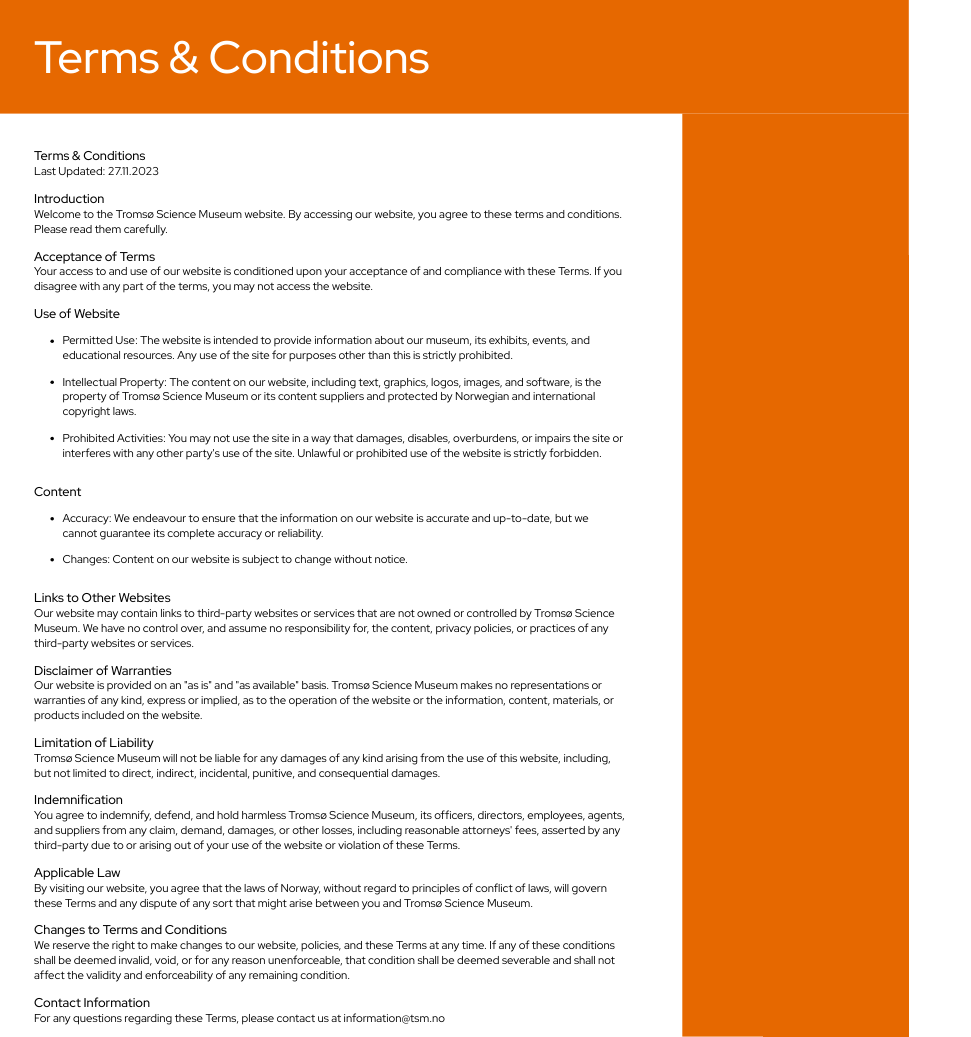
Repository: benjaminskarding/Semester-Project
Page: terms_conditions.html
These files come from the project's save history. The page is drawn as it stood at one moment and after the next save; the edit follows.
The browser window is 1280 px wide. The page is 1280 px wide, then 1367 px, so the pictures cover 1367 px, including what lies to the right of the window. The pictures show the whole page, at 71% of full size.

Above is the page before, as saved 2023-11-29 15:53:08.

After the next save:
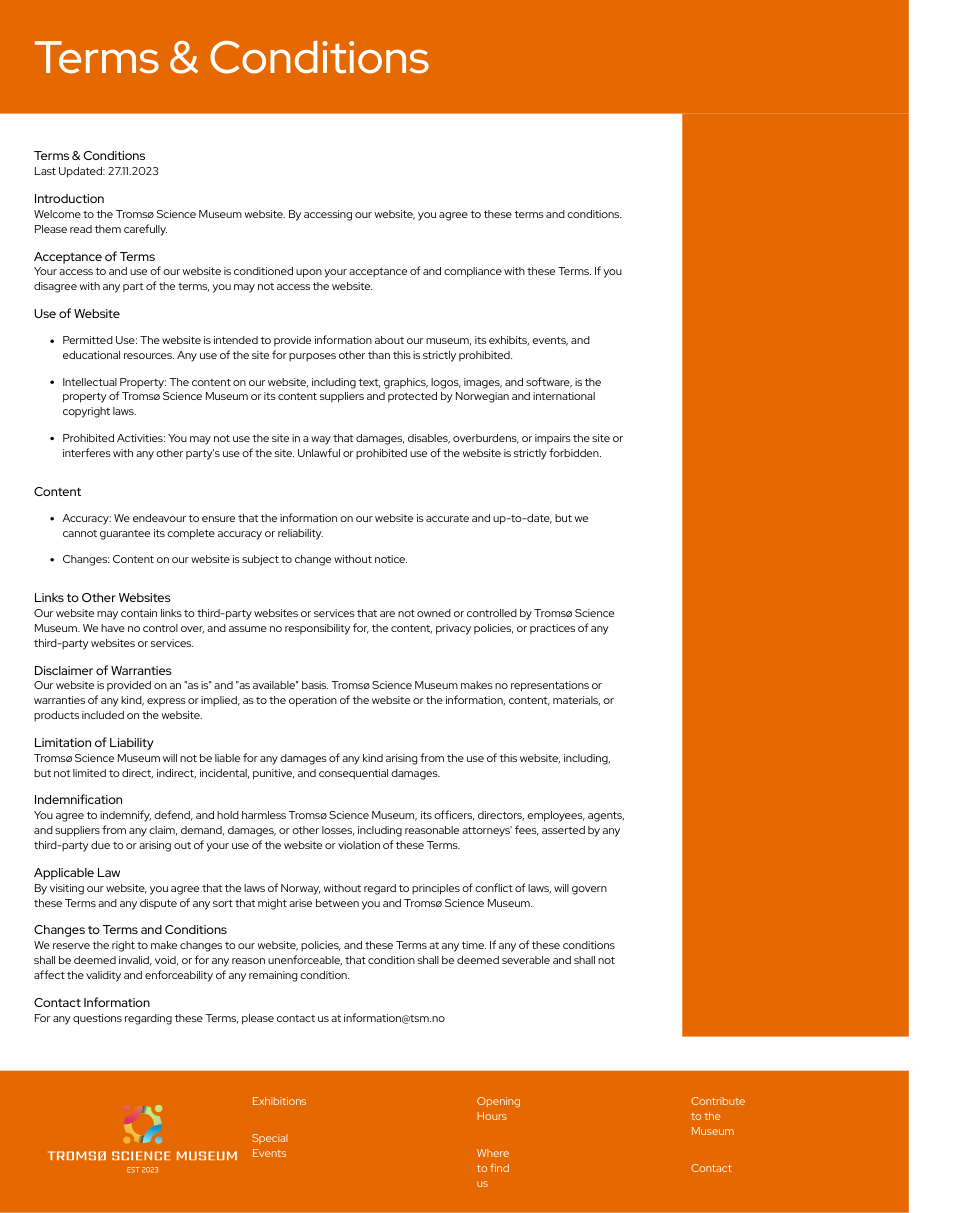
Saved 3 min 49 s later.
--- a/terms_conditions.html
+++ b/terms_conditions.html
@@ -53,6 +53,32 @@
             </div>
             <div class="sidebar"></div>
         </div>
-
+        <footer id=desktop-footer class="footer">
+            <div class="footer-container">
+                  <!--footer left side-->
+                  <a href="index.html" class="footer-left-container" aria-label="Back to homepage">
+                    <img src="assets/images/logo/logo.svg" class="footer-logo" alt="company logo in footer">
+                  </a>
+                <!--footer center-->
+                <div class="footer-center-container">
+                  <div class="footer-column-1">
+                    <p class="footer-titles">Exhibitions</p>
+                    <p class="footer-titles">Special Events</p>
+                  </div>
+                  <div class="footer-column-2">
+                    <p class="footer-titles">Opening Hours</p>
+                    <p class="footer-titles">Where to find us</p>
+                  </div>
+                  <div class="footer-column-3">
+                    <p class="footer-titles">Contribute to the Museum</p>
+                    <p class="footer-titles">Contact</p>
+                  </div>
+                  <div class="footer-column-4">
+                    <p class="footer-titles">Terms & Conditions</p>
+                    <p class="footer-titles">Privacy Policy</p>
+                  </div>
+                </div>
+            </div>
+          </footer>
 </body>
 </html>
